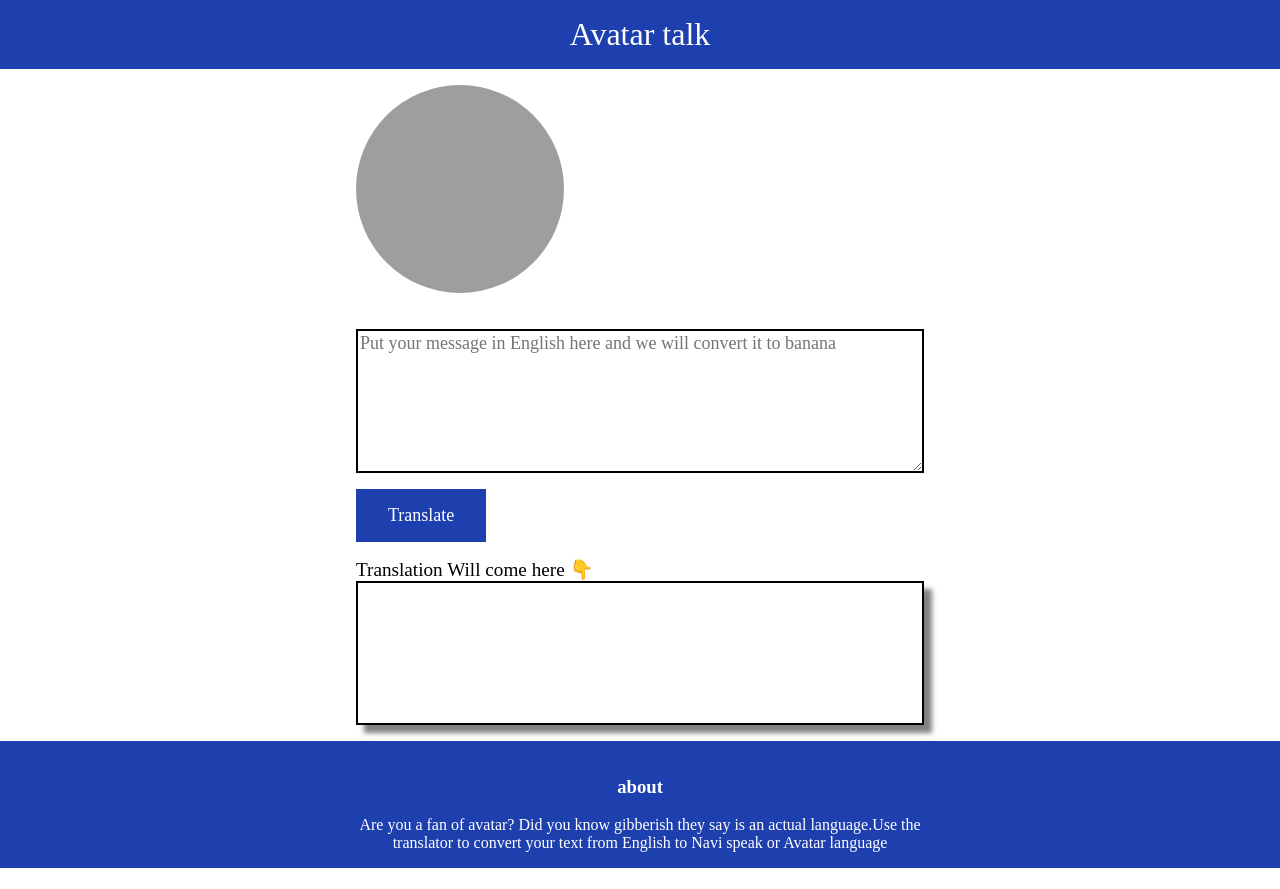
Repository: sohan2503001/Avator-speak
Page: index.html
The author's editor kept a copy of each file at every save. The page is drawn from the files as they stood at one save, then again after a run of saves.
The browser window is 1280 px wide. The pictures show the whole page.
Pictures or frames that could not be fetched are drawn as grey boxes.

Above is the page before, as saved 2021-04-22 00:36:55.

### index.html
<!DOCTYPE html>
<html lang="en">

<head>
    <meta charset="UTF-8">
    <meta http-equiv="X-UA-Compatible" content="IE=edge">
    <meta name="viewport" content="width=device-width, initial-scale=1.0">
    <title>Avatar Speak</title>
    <link rel="stylesheet" href="style.css">
</head>

<body>
    <nav>
        <div class="head">Avatar talk</div>
    </nav>

    <main>
        <img src="https://wallpaper-mania.com/wp-content/uploads/2018/09/High_resolution_wallpaper_background_ID_77701153922.jpg" alt="avator image" >
        <textarea id="txt-input"
            placeholder="Put your message in English here and we will convert it to banana"></textarea>
        <button id="btn-translate">Translate</button>
        <div style="font-size: larger;">Translation Will come here 👇</div>
        <div id="output"></div>
    </main>

    <footer class="footer">
        <h3 >about</h3>
        <p >Are you a fan of avatar? Did you know gibberish they
            say is an actual language.Use the translator to convert
            your text from English to Navi speak or Avatar language</p>
    </footer>
    <script src="app.js" type="text/javascript"></script>
</body>

</html>

### style.css
@import url('https://fonts.googleapis.com/css2?family=Ubuntu+Mono:ital@1&display=swap');

* {
    box-sizing: border-box;
}

:root{
    --primary-color:#1E40AF;
    --width-break:600px;
    --secondary-color:white;
}

body{
    margin: 0;
    font-family: 'Ubuntu' , cursive;
}

/**header**/
nav{
    background-color: var(--primary-color);
    text-align: center;
    margin: 0;
}

.head{
    font-size: 2rem;
    padding: 1rem;
    color: var(--secondary-color);
}

/**Center**/
main{
    margin: auto;
    padding: 1rem;
    max-width: var(--width-break);
}

img{
    position: relative;
    height: 13rem;
    width: 13rem;
    border-radius: 15rem;
    border: none;
}

textarea{
    box-sizing: border-box;
    width: 100%;
    min-height: 20vh;
    display: block;
    margin-top: 2rem;
    font-family: inherit;
    font-size: large;
    border: 2px solid black;
    box-shadow: 8px 8px 5px 5px 5px grey;
}

#btn-translate{
    padding: 1rem 2rem;
    margin: 1rem 0rem;
    background-color: var(--primary-color);
    border: none;
    color: var(--secondary-color);
    font-family: 'Ubuntu' , cursive;
    font-size: large;
}

#output{
    box-sizing: border-box;
    border: 2px solid black;
    min-height: 20vh;
    max-height: 25vh;
    width: 100%;
    font-size: large;
    box-shadow: 8px 8px 5px grey;
}

/**footer**/
footer{
    background-color: var(--primary-color);
    margin: 0;
    padding: 1rem;
    width: 100%;
    bottom: 0;
    text-align: center;
}

.footer h3{
    color: var(--secondary-color);
}

footer p{
    color: var(--secondary-color);
    margin: auto;
    max-width: var(--width-break);
}

### app.js
var btnTranslate = document.querySelector("#btn-translate");
var txtInput = document.querySelector("#txt-input");
var outputDiv = document.querySelector("#output");

var serverURL = "https://api.funtranslations.com/translate/navi.json"

function getTranslationURL(text) {
    return serverURL + "?" + "text=" + text
}

function clickHandler() {
    var inputText = txtInput.value;
    fetch(getTranslationURL(inputText))
        .then(response => response.json())
        .then(json => {
            var translatedText = json.contents.translated;
            outputDiv.innerHTML = translatedText;
        })
};

btnTranslate.addEventListener("click", clickHandler);

After the next 2 saves:
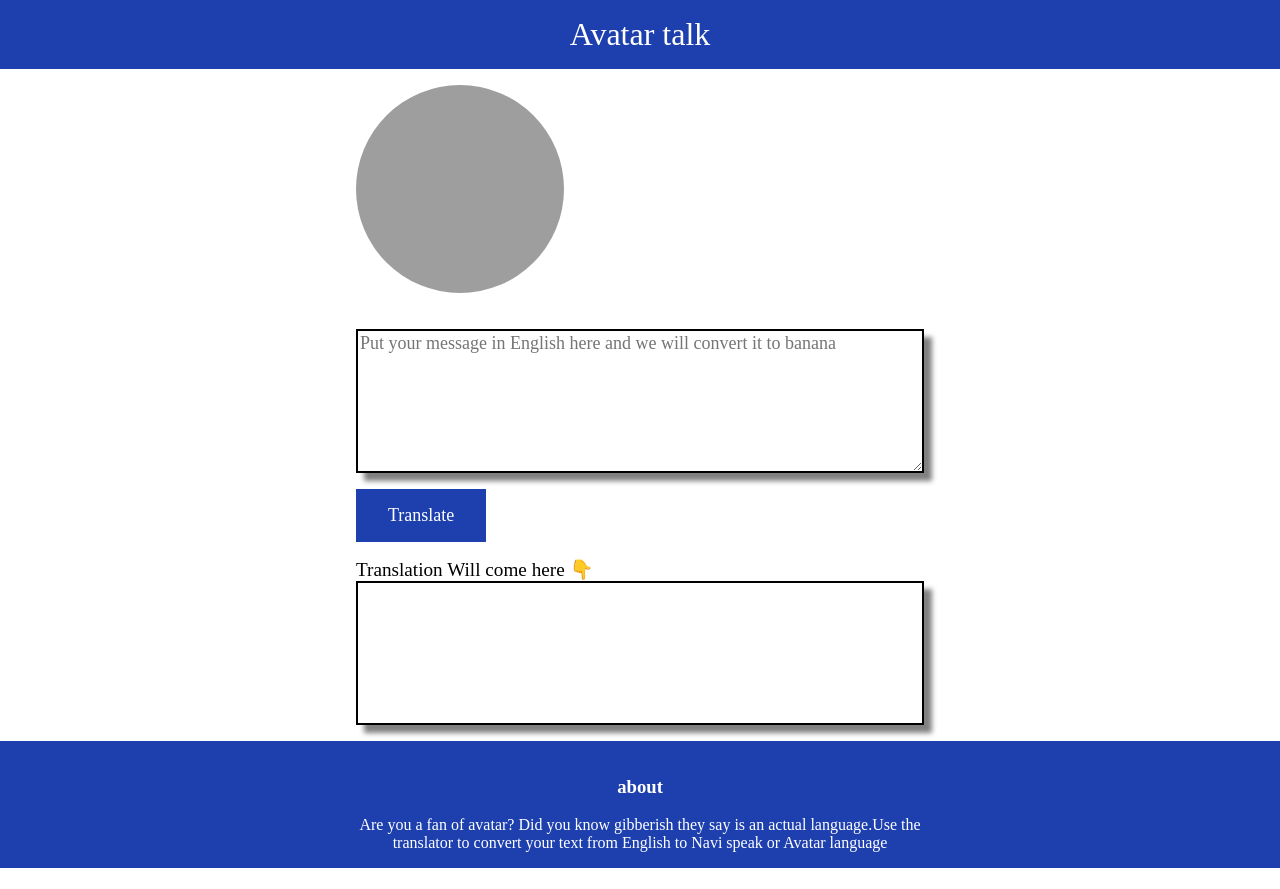
The 2 saves are shown as one change because they came seconds apart.
The last was saved 7 s later.
--- a/style.css
+++ b/style.css
@@ -52,7 +52,7 @@
     font-family: inherit;
     font-size: large;
     border: 2px solid black;
-    box-shadow: 8px 8px 5px 5px 5px grey;
+    box-shadow: 8px 8px 5px grey;
 }
 
 #btn-translate{
